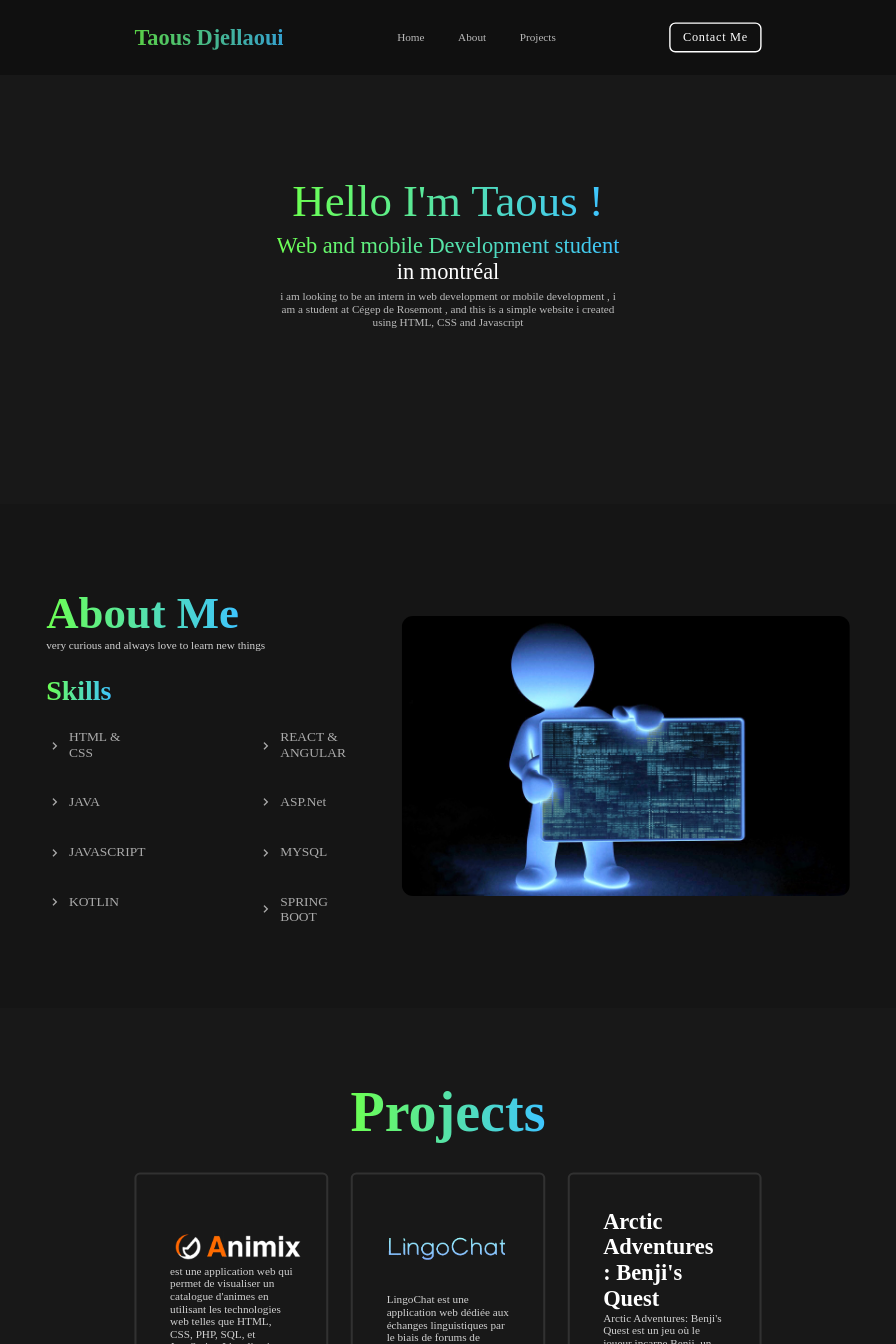
Repository: taousdjellaoui/portfolio-
Page: index.html
An editor plug-in stored every save of this project. The page is shown before and after the next save, followed by the edit.
The browser window is 1280 px wide. The pictures show the part of the page from y = 0 to 1920 px (the page is 2851 px tall), at 70% of full size.

Above is the page before, as saved 2024-11-09 21:36:55.

### index.html
<!DOCTYPE html>
<html lang="en">
  <head>
    <meta charset="UTF-8" />
    <meta name="viewport" content="width=device-width, initial-scale=1.0" />
    <title>Portfolio Website</title>
    <link rel="stylesheet" href="css/style.css" />
    <link href='https://unpkg.com/boxicons@2.1.4/css/boxicons.min.css' rel='stylesheet'>
  </head>
  <body>
    <nav>
      <a href="#" class="logo"><span>Taous Djellaoui</span></a>
      <ul class="links">
        <a href="#home">Home</a>
        <a href="#about">About</a>
        <a href="#projects">Projects</a>

        <i class='bx bx-menu-alt-right' id="menu"></i>
      </ul>
      <a href="#contact" class="btn">Contact Me</a>

    </nav>
    <section id="home">

      <div class="info-box">

        <h1><span>Hello I'm Taous !</span></h1>
        <h3><span>Web and mobile Development student</span> in montréal</h3>
        <p>i am looking to be an intern in web development or mobile development , i am a student
           at Cégep de Rosemont , and this is a simple  website i created using HTML, CSS and Javascript </p>
      </div>

    </section>

    <section id="about">
      <div class="about-box">
        <div class="about-info">
          <h1><span>About Me</span></h1>
          <p>very curious and always love to learn new things   </p>

        </div>
        <h2><span>Skills</span></h2>
        <div class="skills">
          <ul>
            <li>
              <p><i class='bx bx-chevron-right' ></i>HTML & CSS</p>
            </li>
            <li>
              <p><i class='bx bx-chevron-right' ></i>JAVA</p>
            </li>
            <li>
              <p><i class='bx bx-chevron-right' ></i>JAVASCRIPT</p>
            </li>
            <li>
              <p><i class='bx bx-chevron-right' ></i>KOTLIN</p>
            </li>
          </ul>
          <ul>
            <li>
              <p><i class='bx bx-chevron-right' ></i>REACT & ANGULAR</p>
            </li>
            <li>
              <p><i class='bx bx-chevron-right' ></i>ASP.Net</p>
            </li>
            <li>
              <p><i class='bx bx-chevron-right' ></i>MYSQL</p>
            </li>
            <li>
              <p><i class='bx bx-chevron-right' ></i>SPRING BOOT</p>
            </li>
          </ul>
        </div>

      </div>
      <img src="images/Computer-Science-Pictures.jpg" alt="">
    </section>
    <section id="projects">
      <h1 class="header"><span>Projects</span></h1>
      <div class="projects-container">
        <div class="box">
          <a href="https://github.com/taousdjellaoui/animix">
          <img src="images/logo-animix.png" alt="">
          <p>est une application web qui permet de visualiser un catalogue d'animes en utilisant les technologies web telles que HTML, CSS, PHP, SQL, et JavaScript. L'application permet aux utilisateurs de parcourir, rechercher, et filtrer des animes en fonction de plusieurs critères,
            comme le genre, l'année de sortie, ou les notes des utilisateurs.</p>
          </a>
        </div>
        <div class="box">
          <img src="images/logoLingoChat.png" alt="">

          <p>
            LingoChat est une application web dédiée aux échanges linguistiques par le biais de forums de discussion. Les utilisateurs peuvent y publier des sujets ou des questions liés à l’apprentissage des langues, partager
            des ressources, ou demander de l’aide sur des points spécifiques.</p>
        </div>
       <div class="box">
        <a href="https://taousdjellaoui.itch.io/arctic-adventures-benjis-quest">
          <h1>Arctic Adventures : Benji's Quest</h1>
          <p>Arctic Adventures: Benji's Quest est un jeu où le
            joueur incarne Benji, un pingouin qui doit retourner chez lui tout en
            collectant des poissons. Le jeu alterne entre des sections en 2D, avec des sauts et des
            énigmes, et des sections en 3D, qui offrent une exploration plus libre des paysages arctiques. </p>
          </a>
        </div>
        <div class="box">
          <a href="https://github.com/taousdjellaoui/hangman">
            <h1 style="display: inline; color: red;">H</h1><h1 style="display: inline;">ang </h1><h1 style="display: inline; color: red;">M</h1><h1 style="display: inline;">an</h1>

            <p>
              Cette application native, développée sur Android Studio. elle permet aux utilisateurs de deviner des mots cachésn sélectionnant des lettres une par une. Chaque mauvaise réponse rapproche le joueur de l'échafaud, rendant chaque choix crucial !
          </p>

          </a>
        </div>
      </div>
    </section>
    <footer id="contact">
      <div class="col-left">
        <div class="col-box">
          <span><i class='bx bxs-location-plus' ></i></span>
          <span>Montréal</span>
        </div>
        <div class="col-box">
          <span><i class='bx bxs-envelope' ></i></span>
          <span>taousdjellaoui@gmail.com</span>
        </div>
      </div>
      <div class="col-right">
        <span>About My Services</span>
        <p> i adapt to the needs of the company i am a fast learner and i can take on any challenge !</p>
        <div class="social-icons">
          <span><a href="https://www.linkedin.com/in/taous-djellaoui-2874a1187/"><i class='bx bxl-linkedin-square' ></i></a></span>
          <span><a href="https://github.com/taousdjellaoui"><i class='bx bxl-github' ></i></a></span>
        </div>

      </div>
    </footer>

    <script src="script.js"></script>
  </body>
</html>

### css/style.css
* {
  margin: 0;
  padding: 0;
  box-sizing: border-box;
  text-decoration: none;
  list-style: none;
  scroll-behavior: smooth;
  font-family: "Poppins";
}
:root {
  --background: rgb(24, 24, 24);
  --second-background: rgb(21, 21, 21);
}
body{
  min-height: 100vh;
  background-color: var(--background);
}
nav{
position:fixed;
top:0;
width: 100%;
padding: 2em 15%;
display: flex;
align-items: center;
justify-content: space-between;
background-color:rgba(15,15,15,0.8);
backdrop-filter: blur(10px);
z-index: 1000;
}
ul{
  display:flex;
  align-items: center;
  gap: 3em;

}
nav ul a{
  color: white;
  opacity: 0.7;
  transition:0.2s ease-in-out;
}
nav ul a:hover{
  opacity: 1;

}
.logo{
  font-size:2em;
  color: white;
  font-weight: 800;
  opacity: 0.8;
  transition: 0.2s ease-in-out;

}
.logo:hover{
  opacity: 1;
}
.btn{
  padding : 0.5em 1em;
  color : white;
  font-weight: 500;
  letter-spacing:1px ;
  border-radius: 0.5em;
  font-size: 1.1em;
  border: 2px solid white;
  cursor: pointer;
  transition: 0.3s ease-in-out;

}
.btn:hover{
  background-color: white;
  color: var(--background);

}
span{
  background: linear-gradient(to right,#6cff52,#3ec5ff);
  background-clip: text;
  color:transparent;
}
#menu{
  color:white;
  font-size:3em;
  display:none;
}
section{
  min-height: 100vh;
  padding: 5% 15%;
}
#home{
display: flex;
flex-direction: column;
align-items:center;
justify-content: center;
gap:2em;
color:white;

}
#home img{
width:30vw;
border-radius: 1%;
margin-top: 3em;

}
.info-box{
  display: flex;
  flex-direction: column;
  text-align: center;
  gap: 0.5em;
  max-width: 500px;

}
.info-box h1{
  font-size:4em;
  font-weight: 500;
}
.info-box h3{
  font-size:2em;
  font-weight: 400;
}
.info-box p{
 opacity:0.7;
}
.btn-box{
  display: flex;
  gap: 1em;
}
.btn-box .btn:nth-of-type(2){
  background-color:white;
  color: var(--background)
}
.btn-box .btn:nth-of-type(2):hover{
  background-color: var(--background);
  color:white;

}
::-webkit-scrollbar{
  width: 20px;
  background-color: var(--background);
}
::-webkit-scrollbar-thumb{
  background: linear-gradient(to bottom,#788077,#a8b2b7);

}
#about{
  background-color: var(--second-background);
  display: flex;
  align-items:center;
  justify-content: center;
  gap: 5em;

}
#about img{
  width: 50vw;
  border-radius:1em;

}
.about-box{
  display:flex;
  flex-direction: column;
  text-align: left;
  gap: 2em;
}
.about-box h1{
  font-size: 4em;
}
.about-box p{
color:white;
opacity:0.8;
}
.skills{
  display:flex;
  text-align: left;
  gap: 10em;

}
.skills ul{
  font-size: 1em;
  font-weight: 500;
  display:flex;
  flex-direction: column;
  color:white;
  opacity:0.8;
  align-items: baseline;
}
.skills ul li p{
  color: white ;
  display: flex;
  align-items:center;
  gap : 0.5em;
   font-size: 1.2em;
   transition:0.3s ease-in-out;
}
.skills ul li p:hover{
  transform: translateX(10px);
}
.skills ul li i{
 font-size:1.2em;

}
.about-box h2{
  font-size: 2.5em;
}
#projects{
  background-color: var(--background);
}
.header{
  text-align: center;
  font-size: 5em;
  margin:0.5em 0;
}
.projects-container{
  display:grid;
  grid-template-columns: repeat(auto-fit,minmax(250px,1fr));
  gap:2em;
}
.box{
  border:3px solid rgb(49, 49, 49);
border-radius: 0.5em;
display: flex;
flex-direction: column;
justify-content: center;
overflow: hidden;
object-fit: cover;
padding:3em ;
gap: 2em;
color:white;
cursor:pointer;
transition:0.3s ease-in-out;
}
.box:hover{
  border: 3px solid rgb(100,100,100);
}
.box p{
  opacity:0.8;
}
.box h1{
  font-size: 2em;
}
.box img{
 min-width:25px;
 border-radius:0.5em;
}
footer{
  display: flex;
  align-items:center;
  justify-content: center;
  gap:10em;
  bottom:0;
  background-color: var(--second-background);
  width:100%;
  padding: 5em 15%;
}
.col-left{
  display:flex;
  flex-direction:column;
  gap : 1em;
}
.col-box{
  display: flex;
  align-items:center;
  gap : 1em;
}
.col-box i{
  font-size: 2em;
}
.col-box span{
  font-size: 1.2em;
}
.col-right{
  display:flex;
  flex-direction: column;
  gap:1em;
  color:white;
  max-width:500px;
}
.col-right span{
  font-size: 1.3em;
}
.col-right .social-icons{
  display:flex;
  align-items:baseline;
  justify-content: left;
  gap: 1em;
}
.col-right .social-icons i{
  font-size :2em;
  transition: 0.2s ease-in-out;
  cursor: pointer;
}
.social-icons i:hover{
  color:white;
}
a {
  color: inherit;
}
@media(max-width:968px){
  section{
    padding: 8em 15%;
  }
  nav .btn{
    display: none;

  }
  #menu{
    display: block;
  }
  .links{
    position: absolute;
    top: 100%;
    right:0;
    width: 100%;
    padding:1em 3em ;
    color:white;
    display: flex;
    flex-direction: column;
    text-align: center;
    background:rgba(0,0,0,0.9);
    display: none;
  }
  .link a{
    margin: 2em 0;
    display: block;
    font-size: 1.5em;
    color:white;
  }
  .links.active{
    display: block;
  }
  #home h1{
    font-size: 4em;
  }
  #home h3{
    font-size:3em;
  }
  #home img{
    width : 24vw;
  }
  #about{
    flex-direction:column;

  }
  #about img{
    width : 32vw;

  }
  #about h1{
    font-size :3em;
  }
  #about ul{
    font-size: 1em;

  }

}
@media(max-width:768px){
  #home h1{
    font-size: 2.5em;
  }
  #home h3{
    font-size:1.5em;
  }
  #home img{
    width : 32vw;
  }
  #about .skills{
    gap:3em;
  }
  #services .header{
    font-size: 3em;
  }
  #contact .header{
    font-size: 3em;
  }
  #contact .input-box span{
    font-size : 1.2em;
  }
  .input-box span{
    padding : 0.5em 1em;
  }
  footer{
    flex-direction: column;
    gap : 5em;
    align-items:baseline;
  }

}

Loaded but not shown: script.js (no stored copy; drawn as an empty file)

After the next save:
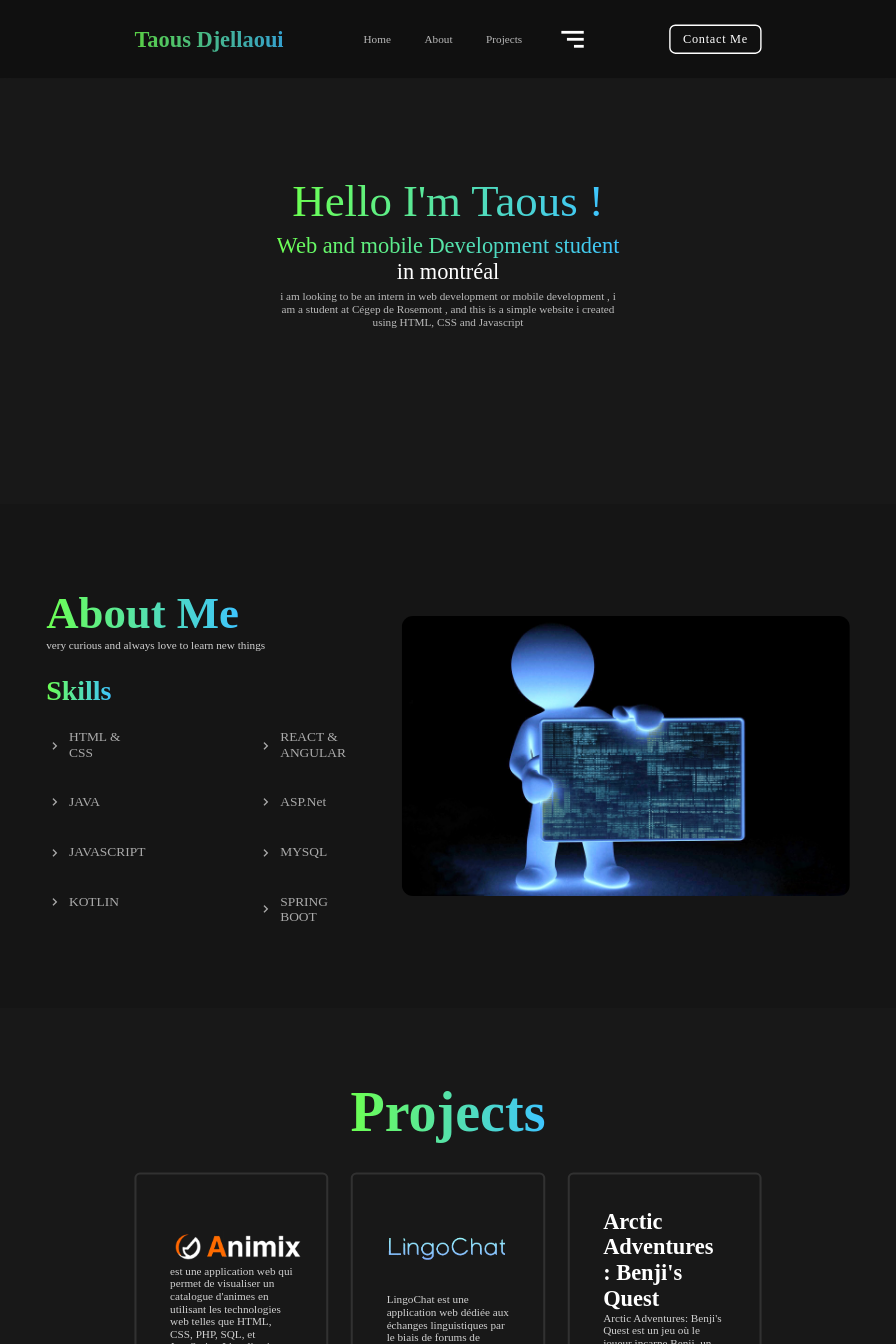
Saved 2 min 1 s later.
--- a/css/style.css
+++ b/css/style.css
@@ -78,7 +78,7 @@
 #menu{
   color:white;
   font-size:3em;
-  display:none;
+  display:block;
 }
 section{
   min-height: 100vh;
@@ -297,8 +297,8 @@
   }
   nav .btn{
     display: none;
-
-  }
+  }
+
   #menu{
     display: block;
   }

After the save that followed:
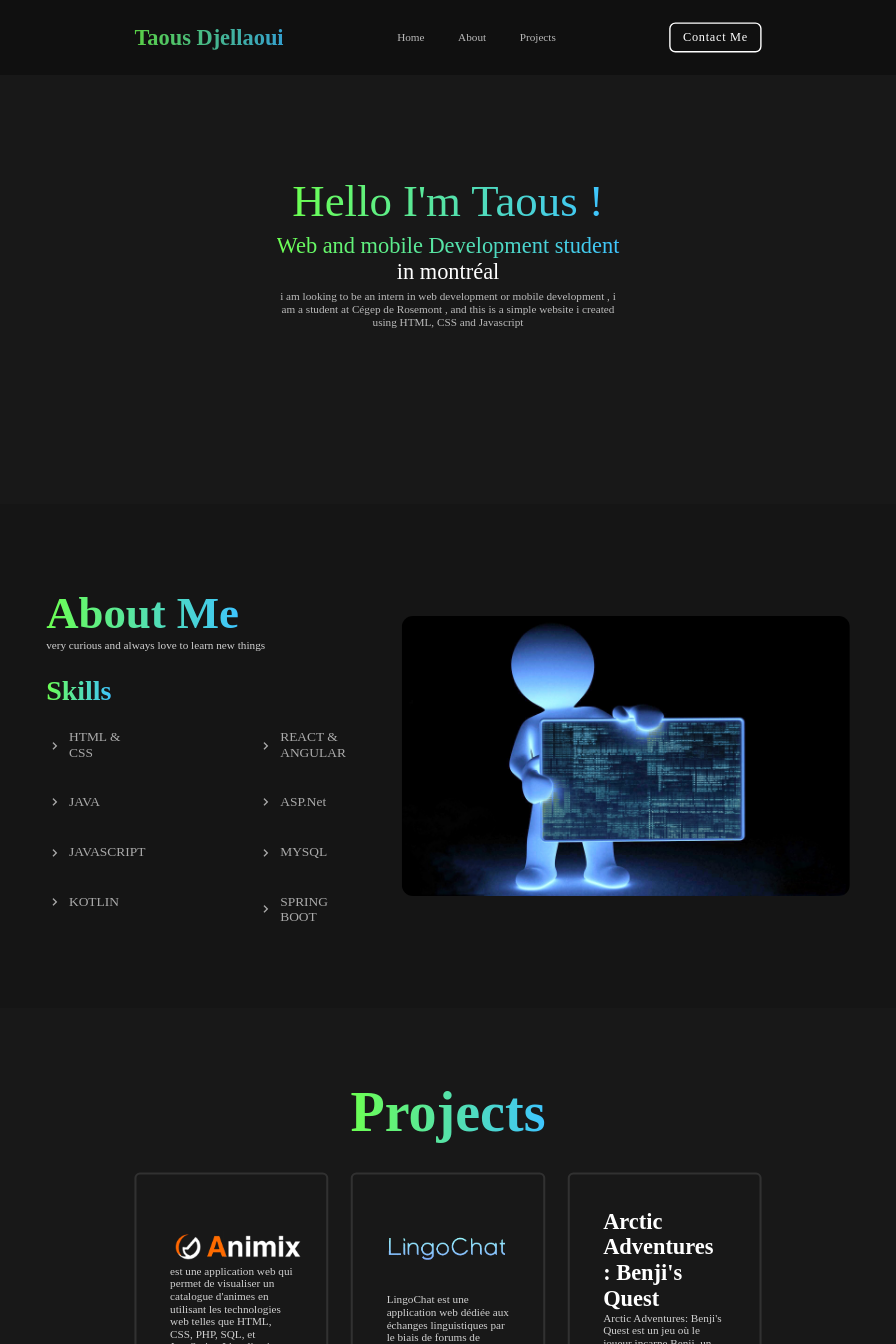
Saved 23 s later.
--- a/css/style.css
+++ b/css/style.css
@@ -78,7 +78,7 @@
 #menu{
   color:white;
   font-size:3em;
-  display:block;
+  display:none;
 }
 section{
   min-height: 100vh;
